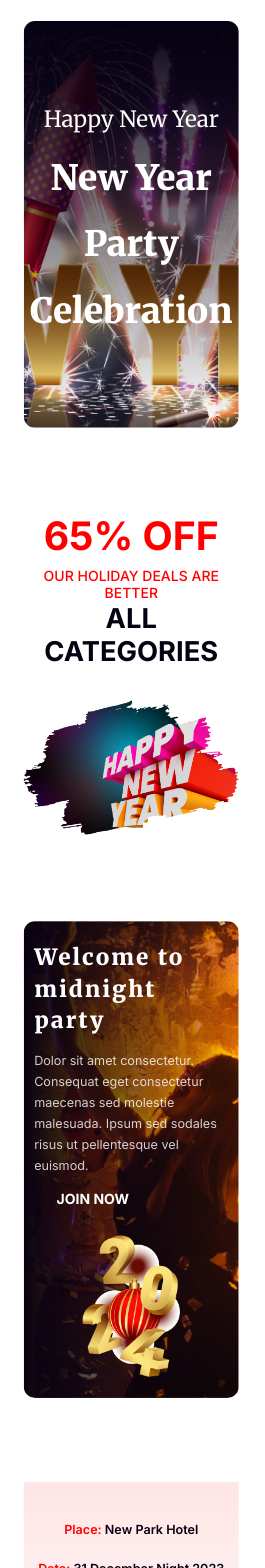
Repository: ShouravAhammed/simple-responsive-new-year
Page: index.html
These files come from the project's save history. The page is drawn as it stood at one moment and after the next save; the edit follows.
The browser window is 375 px wide. The page is 378 px wide, so the pictures cover 378 px, including what lies to the right of the window. The pictures show the part of the page from y = 0 to 2240 px (the page is 9330 px tall before and 9225 px after), at 70% of full size.

Above is the page before, as saved 2024-01-11 17:11:51.

### index.html
<!DOCTYPE html>
<html lang="en">
<head>
    <meta charset="UTF-8">
    <meta name="viewport" content="width=device-width, initial-scale=1.0">
    <!-- Title  -->
    <title>New Year 2024</title>
    <!-- favicon icon linked -->
    <link rel="shortcut icon" href="images/New Year Photo.png" type="image/x-icon">
    <!-- style css linked-->
    <link rel="stylesheet" href="Style/style.css">
</head>
<body>
    <!-- header part  -->
    <header>
        <!-- banner section part -->
        <section id="banner">
            <div class="container">
                <div class="banner-container">
                    <div class="banner-content">
                        <h3 class="celebration">Happy New Year</h3>
                        <h2 class="banner-title">New Year Party Celebration</h2>
                    </div>
                </div>
            </div>
        </section>
    </header>
    <!-- main part -->
    <main>
        <!-- categories section part  -->
            <section id="categories">
                <div class="container">
                    <div class="categories-container">
                        <h2 class="categories-discount">65% OFF</h2>
                        <p class="primary-summery">OUR HOLIDAY DEALS ARE BETTER</p>
                        <h3 class="categories-title">ALL CATEGORIES</h3>
                        <div class="categories-img">
                            <img id="new-year-img" src="images/New Year Photo.png" alt="Happy New Year">
                        </div>
                    </div>
                </div>
            </section>

            <!-- party-banner section part -->
            <section id="party-banner">
                <div class="container">
                    <div class="party-container">
                        <div class="party-content">
                            <h2 class="party-title">Welcome to midnight party</h2>
                            <p class="party-description">Dolor sit amet consectetur. Consequat eget consectetur maecenas sed molestie malesuada. Ipsum sed sodales risus ut pellentesque vel euismod. </p>
                            <button id="join-now-btn">JOIN NOW</button>
                        </div>
                        <img class="party-img" src="images/icon/Group 70.png" alt="party-img">
                    </div>
                </div>
            </section>
            <!-- Announce section part -->
            <section id="announce">
                <div class="container">
                    <div class="announce-content">
                        <h4 class="announce-title"><span class="title-color">Place:</span> New Park Hotel</h4>
                        <h4 class="announce-title"><span class="title-color">Date:</span> 31 December Night 2023</h4>
                        <h4 class="announce-title"><span class="title-color">Time:</span> Evening 7.30 pm to 12.30 am</h4>
                        <button class="announce-btn">Join Now</button>
                    </div>
                </div>
            </section>
            <!-- best offer section part -->
            <section id="best-offer">
                <div class="container">
                    <div class="best-offer-container">
                        <div class="best-offer-content">
                            <p class="primary-summery">NEW BEST OFFER</p>
                            <h3 class="similer-title">Coming Soon</h3>
                            <p class="similer-description">Dolor sit amet consectetur. Consequat eget consectetur maecenas sed molestie malesuada. Ipsum sed sodales risus ut pellentesque vel euismod. </p>
                        </div>
                        <div class="best-offer-img-content">

                                <img class="best-offer-img" src="images/Ellipse 1.png" alt="best-offer-images">

                        </div>
                        <div class="best-offer-year-content">
                            <h3 class="best-offer-year">2024</h3>
                            <p class="best-offer-description">Dolor sit amet consectetur. Consequat eget consectetur maecenas sed.</p>
                            <img class="best-offer-year-img" src="images/icon/Group 96.png" alt="best-offer-year-img">
                        </div>
                    </div>
                </div>
            </section>
            <!-- holiday section part  -->
            <section id="holiday" >
                <div class="container">
                    <div class="holiday-container">
                        <div class="holiday-content">
                            <p class="primary-summery">WHAT IS FUNCTIONAL</p>
                        <h3 class="similer-title"><span class="title-color">Holidays</span> Sale 50%</h3>
                        <p class="similer-description">Dolor sit amet consectetur. Consequat eget consectetur maecenas sed molestie malesuada. Ipsum sed
                            sodales risus ut pellentesque vel euismod. Eleifend nunc purus quam id
                            fermentum amet amet sit consectetur.</p>
                        </div>
                        <div class="holiday-back-img">
                            <div class="holiday-gift-content">
                                <img src="images/icon/Group 75.png" alt="">
                            </div>
                            <div class="holiday-discount-content">
                                <img src="images/icon/Group 44.png" alt="">
                            </div>
                        </div>
                        <div class="holiday-bottom">
                            <img src="images/Rectangle 2.png" alt="">
                        </div>
                    </div>
                </div>
            </section>
            <!-- Portfolio section part -->

            <section id="portfolio">
                <div class="container">
                    <div class="portfolio-container">
                        <div class="portfolio-box">
                            <p class="primary-summery">THE BEST GIFTS</p>
                            <h3 class="similer-title">Our Awesome Portfolio</h3>
                            <p class="similer-description description-padd">Dolor sit amet consectetur. Consequat eget consectetur maecenas sed molestie malesuada. Ipsum sed sodales risus ut pellentesque vel euismod. </p>
                        </div>
                            <div class="portfolio-content">
                                <img class="portfolio-img" src="images/Portfolio images/Rectangle 3.png" alt="">
                                <img class="portfolio-img" src="images/Portfolio images/Rectangle 4.png" alt="">
                                <img class="portfolio-img" src="images/Portfolio images/Rectangle 5.png" alt="">
                            </div>
                            <div class="portfolio-content">
                                <img class="portfolio-img" src="images/Portfolio images/Rectangle 6.png" alt="">
                                <img class="portfolio-img" src="images/Portfolio images/Rectangle 7.png" alt="">
                                <img class="portfolio-img" src="images/Portfolio images/Rectangle 8.png" alt="">
                            </div>
                        </div>
                    </div>
            </section>
            <!-- newsletter section part -->
            <section id="newsletter">
                <div class="container">
                    <div class="news-container">
                        <div class="news-content">
                            <img src="images/icon/Group 61.png" alt="">
                            <h3 class="similer-title">Subscribe Newsletter</h3>
                            <p class="similer-description description-mar">Dolor sit amet consectetur. Consequat eget consectetur maecenas sed molestie malesuada. Ipsum sed sodales risus ut pellentesque vel euismod. </p>
                            <form class="form" action="">
                                <input type="email" placeholder="user@gmail.com" alt="email" id="">
                                <button class="subscribe-btn">Subscribe</button>
                            </form>
                        </div>

                    </div>
                </div>
            </section>
    </main>
    <!--  footer part -->
    <footer>
        <section id="footer">
            <div class="container">
                <div class="footer-describe-part line-color">
                    <div class="footer-address">
                        <p class="address-similer">44, Big Building Roosevelt Street</p>
                        <p class="address-similer">Beach Gardens Florida 33410</p>
                    </div>
                    <div class="footer-address">
                        <div class="call-icon">
                            <img src="images/icon/Call.png" alt="">
                            <a class="address-similer">+00 123 584 124</a>
                        </div>
                        <div class="website-icon">
                            <img src="images/icon/Website.png" alt="">
                            <a class="address-similer">www.website.com</a>
                        </div>
                    </div>
                </div>

                <div class="footer-social line-color">
                    <a href=""><img src="images/icon/Facebook.png" alt=""></a>
                    <a href=""><img src="images/icon/Instagram.png" alt=""></a>
                    <a href=""><img src="images/icon/Twitter.png" alt=""></a>
                    <a href=""><img src="images/icon/Linkedin.png" alt=""></a>
                </div>

                <div class="reserved">
                    <p>2017, All Rights Reserved.</p>
                    <p>Unsubscribe</p>
                </div>
            </div>
        </section>
    </footer>
</body>
</html>

### Style/style.css
/* import google fonts */
@import url('https://fonts.googleapis.com/css2?family=Inter:wght@100;200;300;400;500;600;700;800;900&family=Merriweather:ital,wght@0,300;0,400;0,700;0,900;1,300;1,400;1,700;1,900&display=swap');

*{
    margin: 0;
    padding: 0;
    outline: 0;
}

.container{
    width: 82%;
    margin: 0 auto;
}
/* primary content */
.primary-summery{
    font-family: Inter;
    font-size: 24px;
    font-style: normal;
    font-weight: 500;
    color: #F00;
    line-height: normal;
}
/* title-color */
.title-color{
    color: #F00;
}
/* banner section related css style */
#banner{
    margin-top: 30px;
}
.banner-container{
    background-image: linear-gradient(180deg, #070211 0%, rgba(7, 2, 17, 0.00) 100%), url(../images/Banner\ Image.png);
    background-size: cover;
    background-repeat: no-repeat;
    background-position: center;
    border-radius: 16px;
    padding: 177px 0px;
}
.banner-container .banner-content{
    width: 632px;
    margin: 0 auto;
}
.banner-container .banner-content .celebration{
    color: #FFF;
    text-align: center;
    font-family: Merriweather;
    font-size: 32px;
    font-style: normal;
    font-weight: 400;
    line-height: normal;
    margin-bottom: 16px;
    z-index: 99;
}
.banner-container .banner-content .banner-title{
    color: #FFF;
    text-align: center;
    font-family: Merriweather;
    font-size: 72px;
    font-style: normal;
    font-weight: 900;
    line-height: 95px;
}
/* categories section related css style */

#categories{
    margin: 120px 0px;
}
.categories-container{
    text-align: center;
}
.categories-container .categories-discount{
    font-family: Inter;
    font-size: 88px;
    font-style: normal;
    font-weight: 700;
    color: #F00;
    line-height: normal;
    margin-bottom: 48px;
}

.categories-title{
    font-family: Inter;
    font-size: 48px;
    font-style: normal;
    font-weight: 700;
    color: #070211;
    line-height: normal;
    margin-bottom: 48px;
}
.categories-container .categories-img{
    width: 800px;
    margin: 0 auto;
}
.categories-img #new-year-img{
    max-width: 100%;
}

/* party-banner section css style  */
#party-banner{

}
.party-container{
    background-image: linear-gradient(90deg, #070211 0%, rgba(7, 2, 17, 0.00) 100%), url(../images/Vectorrr.png);
    background-position: center;
    background-repeat: no-repeat;
    background-size: cover;
    display: flex;
    align-items: center;
    justify-content: space-between;
    border-radius: 16px;
    padding: 70px 70px;
}
.party-container .party-content{
    width: 900px;
}
.party-content .party-title{
    font-family: Merriweather;
    font-size: 64px;
    font-style: normal;
    font-weight: 900;
    color: #FFF;
    line-height: 88px;
    letter-spacing: 3px;
}
.party-content .party-description{
    font-family: Inter;
    font-size: 18px;
    font-style: normal;
    font-weight: 400;
    color: rgba(255, 255, 255, 0.80);
    line-height: 30px;
    margin-top: 20px;
}
#join-now-btn{
    font-family: Inter;
    font-size: 20px;
    font-style: normal;
    font-weight: 700;
    color: #FFF;
    background: transparent;
    line-height: normal;
    text-transform: uppercase;
    border: none;
    cursor: pointer;
    margin-top: 48px;
    margin-left: 32px;
}
.party-container .party-img{
    width: 270px;
    max-width: 100%;
}

/* Announce section css style */

#announce{
    margin: 120px 0px;
}
.announce-content{
    background: linear-gradient(180deg, rgba(255, 0, 0, 0.10) 0%, rgba(255, 0, 0, 0.00) 100%);
    padding: 100px 0;
    text-align: center;
}
.announce-content .announce-title{
    color: #070211;
    font-family: Inter;
    font-size: 32px;
    font-style: normal;
    font-weight: 600;
    line-height: 56px;
    text-transform: capitalize;
}
.announce-btn{
    font-family: Inter;
    font-size: 20px;
    font-style: normal;
    font-weight: 700;
    line-height: normal;
    color: #FFF;
    text-align: center;
    text-transform: uppercase;
    border-radius: 8px;
    background: #F00;
    padding: 16px 32px;
    border: none;
    cursor: pointer;
    transition: all ease 0.5s;
    margin-top: 48px;
}
.announce-btn:hover{
    background: #fff;
    color: #f00;
    outline: 1px solid #F00;
}
/* best-offer section style css */
#best-offer{
    margin-bottom: 128px;
}
.similer-title{
    font-family: Inter;
    font-size: 48px;
    font-style: normal;
    font-weight: 700;
    color: #070211;
    line-height: normal;
}
.similer-description{
    font-family: Inter;
    font-size: 20px;
    font-style: normal;
    font-weight: 400;
    color: rgba(7, 2, 17, 0.60);
    line-height: 32px;
    margin-top: 22px;
}
.best-offer-container{
    display: flex;
    align-items: center;
    gap: 20px;
}
.best-offer-content{
    width: 700px;
}
.best-offer-img-content{
    min-height: 350px;
    min-width: 350px;
    border: 15px solid #f00;
    border-radius: 50%;
    position: relative;
    position: relative;
}
.best-offer-img-content .best-offer-img{
    position: absolute;
    width: 270px;
    inset: 41px;
}
.best-offer-year-content .best-offer-year{
    font-family: Inter;
    font-size: 48px;
    font-style: normal;
    font-weight: 700;
    color: #F00;
    line-height: normal;
    margin-top: 65px;
}
.best-offer-year-content .best-offer-description{
    margin-top: 10px !important;

}
.best-offer-year-content{
    width: 500px;
}
.best-offer-year-content .best-offer-year-img{
    max-width: 140px;
    margin-top: 38px;
}


/*  portfolio section css style */
.portfolio-container{

}
.portfolio-container .description-padd{
    margin-bottom: 48px ;
}
.portfolio-container .portfolio-content{
    display: flex;
    align-items: center;
    justify-content: space-between;
    margin-top: 20px;
}
.portfolio-box{
    width: 896px;
}
.portfolio-container .portfolio-content .portfolio-img{
    max-width: 355px;
    transition: all ease 0.5s;
}
.portfolio-content .portfolio-img:hover{
    filter: grayscale(1);
    transform: scale(1.05);
}
/* newsletter section css style  */
#newsletter{
    margin: 128px 0px;
}
.news-container{
    border-radius: 16px;
    background: rgba(255, 0, 0, 0.05);
    padding: 80px 0px;
}
.news-content{
    width: 896px;
    margin: 0 auto;
    text-align: center;
}
.news-content img{
    width: 150px;
    height: 150px;
}
.form{
    width: 648px;
    height: 72px;
    display: flex;
    margin: 0 auto;
}
.form input{
    background: #fff;
    width: 438px;
    flex-grow: 1;
    color: rgba(7, 2, 17, 0.30);
    font-family: Inter;
    font-size: 18px;
    font-style: normal;
    font-weight: 400;
    line-height: normal;
    padding-top: 25px;
    padding-bottom: 25px;
    padding-left: 30px;
    border: none;
    border-radius: 50px 0px 0px 50px;
    outline: 1px transparent;
    transition: all ease 0.5s;
}
.form input:hover{
    outline: 1px solid #f00;
}
.form .subscribe-btn{
    color: #FFF;
    font-family: Inter;
    font-size: 20px;
    font-style: normal;
    font-weight: 600;
    line-height: normal;
    text-transform: capitalize;
    border-radius: 0px 50px 50px 0px;
    background: #F00;
    padding: 24px 56px;
    border: none;
    transition: all ease 0.5s;
}
.form .subscribe-btn:hover{
    outline: 1px solid #f00;
    background: #fff;
    color: #f00;
}
.description-mar{
    margin-bottom: 48px;
}
/* footer section part css style */

#footer{
    background: #070211;
    padding: 120px 0;
}
.line-color{
    border-bottom: 1px solid rgba(255, 255, 255, 0.15);
}
.footer-describe-part{
    display: flex;
    justify-content: space-between;
}
.footer-address{
    margin-bottom: 50px;
}
.footer-address .address-similer {
    color: #FFF;
    font-family: Inter;
    font-size: 24px;
    font-style: normal;
    font-weight: 500;
    line-height: 40px;
    text-decoration: none;
    cursor: pointer;
}
.call-icon, .website-icon{
    display: flex;
    align-items: center;
}
.call-icon img, .website-icon img{
    width: 24px;
    margin-right: 15px;
}

.footer-social{
    text-align: center;
    padding: 48px 0;
}
.footer-social a{
    width: 64px;
    margin-right: 24px;
}
.footer-social a:hover{
    filter: grayscale(1);
}

.reserved{
    display: flex;
    justify-content: space-between;
    align-items: center;
    margin-top: 50px;
}
.reserved p{
    color: #FFF;
    font-family: Inter;
    font-size: 24px;
    font-style: normal;
    font-weight: 500;
    line-height: normal;
}



/* holiday section css style */
#holiday{
    margin-bottom: 128px;
}
.holiday-container{
    text-align: center;
}
.holiday-container .holiday-content{
    width: 920px;
    margin: 0 auto;
}
.holiday-back-img{
    display: flex;
    align-items: center;
    margin-top: 48px;
    background-image: url(../images/Rectangle\ 1.png);
    background-repeat: no-repeat;
    background-size: contain;
    height: 60vh;
    background-position: bottom right;
}
.holiday-back-img .holiday-gift-content {
    width: 600px;
    position: relative;
    bottom: -110px;
    left: 50px;
}
.holiday-back-img .holiday-gift-content img{
    max-width: 100%;
}
.holiday-back-img .holiday-discount-content{
    width: 250px;
}
.holiday-back-img .holiday-discount-content img{
    max-width: 100%;
}
.holiday-bottom img{
    width: 100%;
}


/* responsive */
.hide{
    display: none;
}
@media screen and (max-width: 576px){
    .similer-description {
        padding: 0px 10px;
    }
    .news-content, .portfolio-box, .form, .form input {
        width:  100%;
    }
    .form .subscribe-btn {
        padding: 24px 20px;
    }
    .best-offer-container, .best-offer-container, .portfolio-container .portfolio-content, .footer-describe-part {
        flex-direction: column;
    }
    .footer-social a {
        margin-right: 10px;
    }
    .reserved {
        margin-top: 50px;
        flex-direction: column;
    }
    .portfolio-container .portfolio-content .portfolio-img {
        width: 100%;
    }
    .portfolio-container .portfolio-content {
        gap: 20px;
    }
    .holiday-container .holiday-content {
        width: 100%;
    }
    .holiday-back-img {
        height: 38vh;
    }
    .best-offer-content, .best-offer-year-content {
        width: 100%;
    }
    .announce-content {
        padding: 40px 0;
    }
    .announce-content .announce-title {
        font-size: 18px;
        font-weight: 600;
    }
    .party-container .party-content {
        width: 100%;
    }
    .party-container {
        flex-direction: column;
        padding: 30px 15px;
    }
    .party-container {
        background-position: 85%;
    }
    .party-content .party-title {
        font-size: 32px;
        line-height: 45px;
    }
    #join-now-btn {
        margin-top: 20px;
    }
    .party-container .party-img {
        width: 50%;
        margin-top: 40px;
    }


    .primary-summery {
        font-size: 20px;
    }
    .categories-title {
        font-size: 39px;
    }
    .categories-container .categories-discount {
        font-size: 56px;
        margin-bottom: 12px;
    }
    .categories-container .categories-img {
        width: 100%;
    }
    .categories-img #new-year-img {
        width: 100%;
    }
    .banner-container .banner-content {
        width: 100%;
    }
    .banner-container {
        background-position: center;
        border-radius: 16px;
        padding: 120px 0px;
    }
    .banner-container .banner-content .banner-title {
        font-size: 50px;

}
}

After the next save:
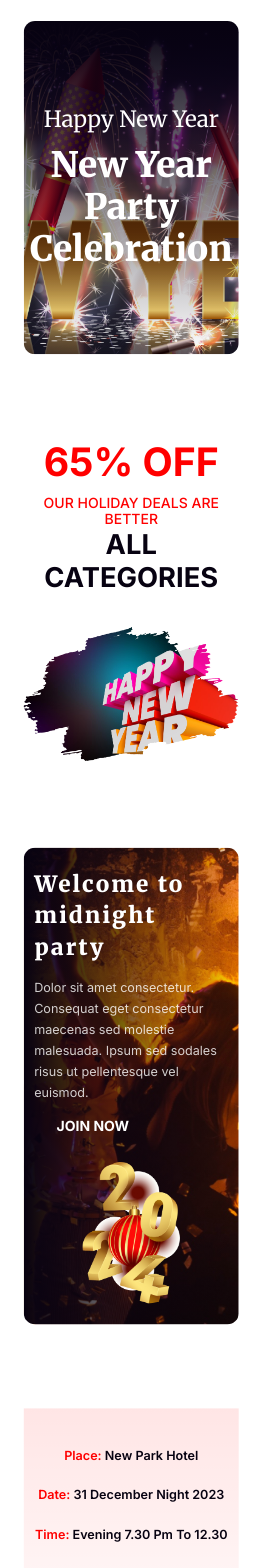
Saved 73 s later.
--- a/Style/style.css
+++ b/Style/style.css
@@ -546,6 +546,6 @@
     }
     .banner-container .banner-content .banner-title {
         font-size: 50px;
-
-}
-}
+        line-height: 60px;
+    }
+}
